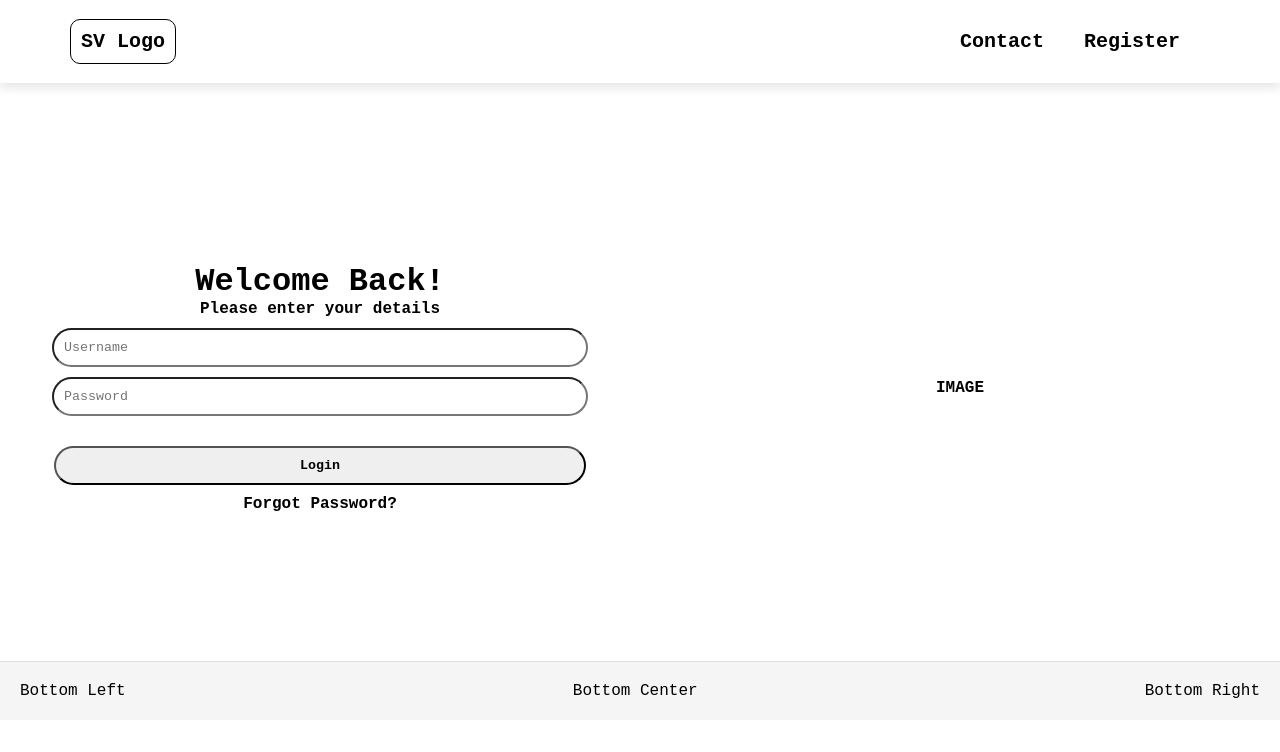
Repository: BuddhimaB/SecureVisionAI
Page: / (app in client/)
These files come from the project's save history. The page is drawn as it stood at one moment and after the next save; the edit follows.
The browser window is 1280 px wide. The pictures show the whole page.
The project was rebuilt for these pictures with package versions that can differ from the ones it lists, and the page was loaded fresh each time.

Above is the page before, as saved 2024-07-13 19:29:28.

### client/public/index.html
<!DOCTYPE html>
<html lang="en">
  <head>
    <meta charset="utf-8" />
    <link rel="icon" href="%PUBLIC_URL%/favicon.ico" />
    <meta name="viewport" content="width=device-width, initial-scale=1" />

    <meta
      name="description"
      content="Web site created using create-react-app"
    />
    <link rel="preconnect" href="https://fonts.googleapis.com">
<link rel="preconnect" href="https://fonts.gstatic.com" crossorigin>
<link href="https://fonts.googleapis.com/css2?family=Roboto:ital,wght@0,100;0,300;0,400;0,500;0,700;0,900;1,100;1,300;1,400;1,500;1,700;1,900&display=swap" rel="stylesheet">
<link rel="stylesheet" href="style.css">
    <title>SecureVision App</title>
  </head>
  <body>
    <noscript>You need to enable JavaScript to run this app.</noscript>
    <div id="root"></div>

  </body>
</html>

### client/src/App.js
import Login from "./Pages/Login/login";

function App() {
  return (
    <div className="App">
      <Login />
    </div>
  );
}

export default App;

### client/src/Pages/Login/login.jsx
import './Login.css'
import Topbar from '../../components/Topbar/Topbar'
import Bottom from '../../components/BottomDetails/Bottom'

export default function Login() {
  return (
    <div>
      <Topbar />
      <div className='feedContainer'>
        <div className="feedLeft">
          <h1>Welcome Back!</h1>
          <h4> Please enter your details</h4>
          <div className="inputField">
          <input
          className='inputField'
          type="text"
          placeholder="Username" />

          <input className='inputField'
          type="password"
          placeholder="Password" />
          </div>
          <button className="loginButton">Login</button>
          <span className='fogotPass'>Forgot Password?</span>
        </div>

        <div className="feedRight">
          <h4>IMAGE</h4>

        </div>
        </div>
        <Bottom />
    </div>
  )
}

### client/src/Pages/Login/Login.css
.feedContainer{
    display: flex;
    justify-content: center;
    align-items: center;
    height: calc(100vh - 110px);


}
.feedLeft{
    display: flex;
    flex-direction: column;
    justify-content: center;
    align-items: center;
    width: 50%;
    height: calc(100vh - 110px);

}
.inputField{
    display: flex;
    justify-content: center;
    align-items: center;
    flex-direction: column;
    margin-bottom: 10px;
    padding: 10px;
    border-radius: 40px;
    width: 80%;
}
.inputField > input{
    width: 100%;
    padding: 10px;


    margin-bottom: 10px;
}
.loginButton{
    padding: 10px;
    border-radius: 40px;
    width: 83%;

    color:black;
    font-weight: 700;
    cursor: pointer;
    margin-bottom: 10px;
}
.loginButton:hover{
    background-color: #9b1cc2;
    color:white
}
.fogotPass{
    font-weight: 700;
    cursor: pointer;

}
.fogotPass:hover{
    color: #9b1cc2;
    text-decoration: underline;
}
.feedRight{
    display: flex;
    justify-content: center;
    align-items: center;
    width: 50%;
    height: calc(100vh - 1100px);
    background-color: #fff;
}

### client/src/components/Topbar/Topbar.jsx
import './Topbar.css'

export default function Topbar() {
  return (
    <div className='topbarContainer'>
        <div className="topbarLeft">
            <span className="logo">SV Logo</span>
        </div>

        <div className="topbarRight">
            <div className="topbarLinks">
                <span className="topbarLink">Contact</span>
                <span className="topbarLink">Register</span>
            </div>

        </div>

    </div>
  )
}

### client/src/components/BottomDetails/Bottom.jsx
import './Bottom.css'

export default function Bottom() {
  return (
    <div className='bottomContainer'>
        <div className='bottomLeft'>
            <span>Bottom Left</span>
        </div>
        <div className='bottomCenter'>
            <span>Bottom Center</span>
        </div>
        <div className='bottomRight'>
            <span>Bottom Right</span>
        </div>
    </div>
  )
}

### client/src/components/Topbar/Topbar.css
.topbarContainer{
    display: flex;
    justify-content: space-between;
    align-items: center;
    top: 0;
    z-index: 999;
    padding: 30px;
    background-color: #fff;
    box-shadow: 0 5px 10px rgba(0, 0, 0, 0.1);
    position: sticky;
}
.logo{
    font-size: 20px;
    font-weight: 700;
    border: 1px solid #000;
    padding: 10px;
    border-radius: 10px;
    margin-left: 40px;
}
.topbarRight{
    display: flex;
    align-items: center;
    margin-right: 40px;

}
.topbarLink{
    margin-right: 20px;
    font-size: 20px;
    font-weight: 700;
    padding: 10px;
    border-radius: 10px;
    cursor: pointer;
}
.topbarLink:hover{
    background-color: #9b1cc2;
    color: white;
}

### client/src/components/BottomDetails/Bottom.css
.bottomContainer{
    display: flex;
    justify-content: space-between;
    align-items: center;
    position: sticky;
    bottom: 0;
    padding: 20px;

    background-color: #f5f5f5;
    border-top: 1px solid #e0e0e0;
}

### client/public/style.css
*{
    margin: 0;
    font-family: 'Courier New', Courier, monospace;
}

Loaded but not shown: client/src/index.js (common file)

After the next save:
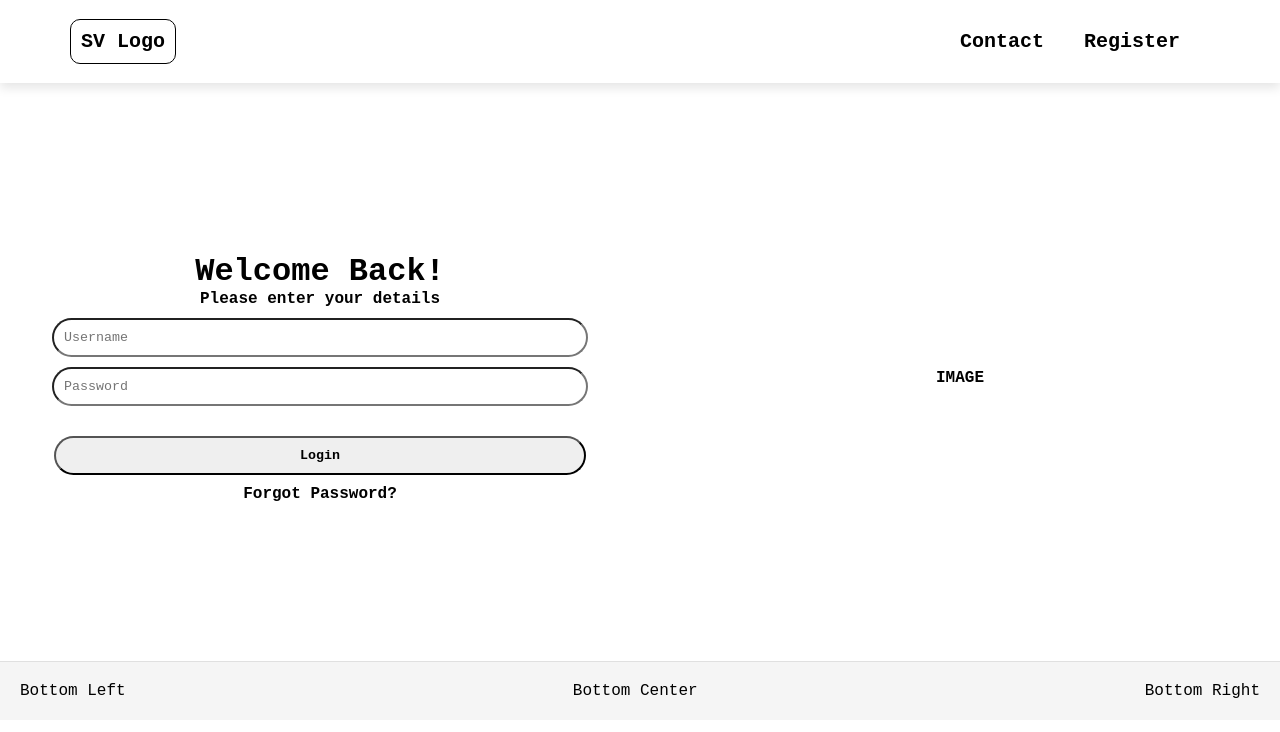
Saved 7 s later.
--- a/client/src/Pages/Login/Login.css
+++ b/client/src/Pages/Login/Login.css
@@ -2,7 +2,7 @@
     display: flex;
     justify-content: center;
     align-items: center;
-    height: calc(100vh - 110px);
+    height: calc(100vh - 130px);
 
 
 }
